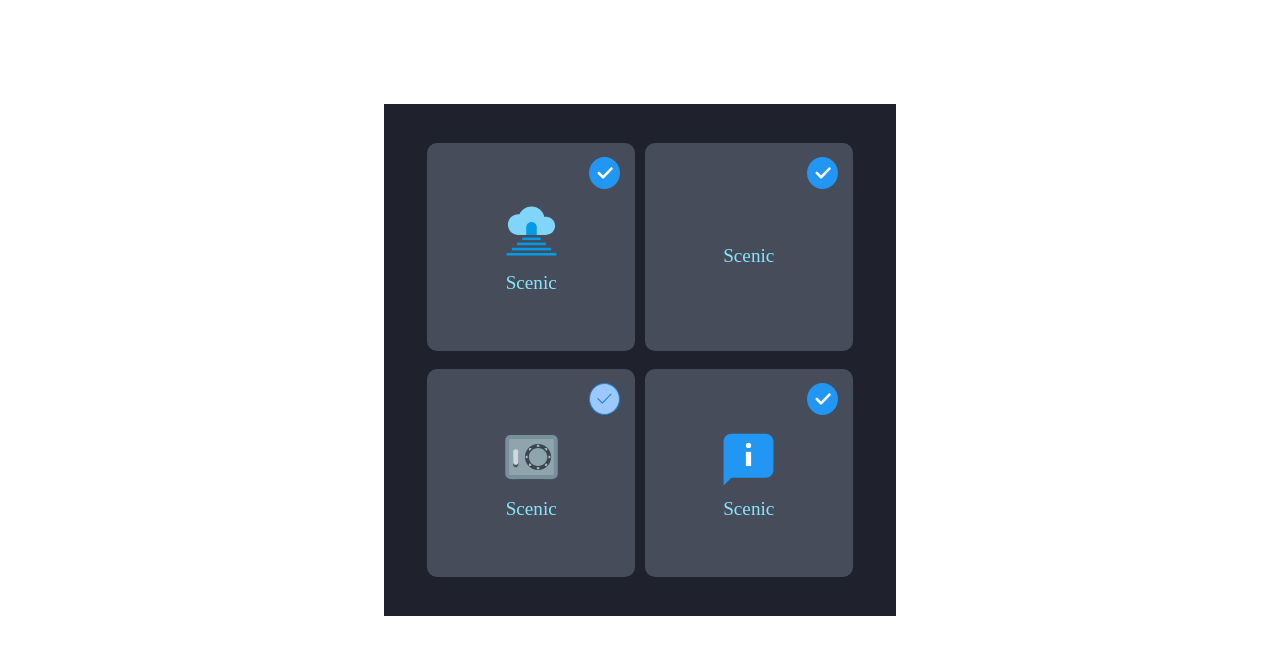
Repository: enesmozer/card-check
Page: index.html
The author's editor kept a copy of each file at every save. The page is drawn from the files as they stood at one save, then again after the next save.
The browser window is 1280 px wide. The pictures show the whole page.
The style sheet was rebuilt from its Sass, Less or Tailwind sources for each picture, by a compiler version that may differ from the author's.

Above is the page before, as saved 2021-03-01 23:59:11.

### index.html
<!DOCTYPE html>
<html lang="en">
<head>
    <meta charset="UTF-8">
    <meta name="viewport" content="width=device-width, initial-scale=1.0">
    <link rel="stylesheet" href="/main.css">
    <title>Card with Check</title>
</head>
<body>
    <div class="container">
        <div class="card">
            <div class="icon"><img src="/img/entering_heaven_alive.svg" alt=""></div>
            <div class="text">Scenic</div>
            <div class="check"><img src="/img/check.svg" alt=""></div>
        </div>
        <div class="card">
            <div class="card-icon"><img src="/img/clapperboard.svg" alt=""></div>
            <div class="text">Scenic</div>
            <div class="check"><img src="/img/check.svg" alt=""></div>
        </div>
        <div class="card">
            <div class="icon"><img src="/img/safe.svg" alt=""></div>
            <div class="text">Scenic</div>
            <div class="check"><img src="/img/check-mark.svg" alt=""></div>
        </div>
        <div class="card">
            <div class="icon"><img src="/img/about.svg" alt=""></div>
            <div class="text">Scenic</div>
            <div class="check"><img src="/img/check.svg" alt=""></div>
        </div>
    </div>
</body>
</html>

### scss/main.scss
* {
  margin: 0;
  padding: 0;
  box-sizing: border-box;
}
body {
  display: flex;
  height: 100vh;
  align-items: center;
  justify-content: center;
}
.container {
  display: flex;
  flex-wrap: wrap;
  align-items: center;
  justify-content: center;
  background-color: #1f222c;
  width: 40%;
  height: calc((100vw * 40) / 100);
  padding: 30px;

  .card {
    margin: 1%;
    width: 46.127%;
    height: 46.127%;
    background-color: #474c5a;
    border-radius: 10px;
    display: flex;
    align-items: center;
    justify-content: center;
    flex-direction: column;
    color: #85e6fa;
    position: relative;
    .icon {
      margin-bottom: 10px;
      width: 30%;
      height: 30%;
    }
    .text {
      font-size: 1.5vw;
    }
    .check {
      position: absolute;
      align-self: flex-end;
      display: flex;
      align-items: flex-end;
      justify-content: flex-end;
      top: 7%;
      width: 15%;
      height: 15%;
      border-radius: 50%;
      margin-right: 15px;
      @media (max-width: 576px) {
        margin-right: 4px;
      }

      img {
        height: 100%;
        width: 100%;
      }
    }
  }
}

After the next save:
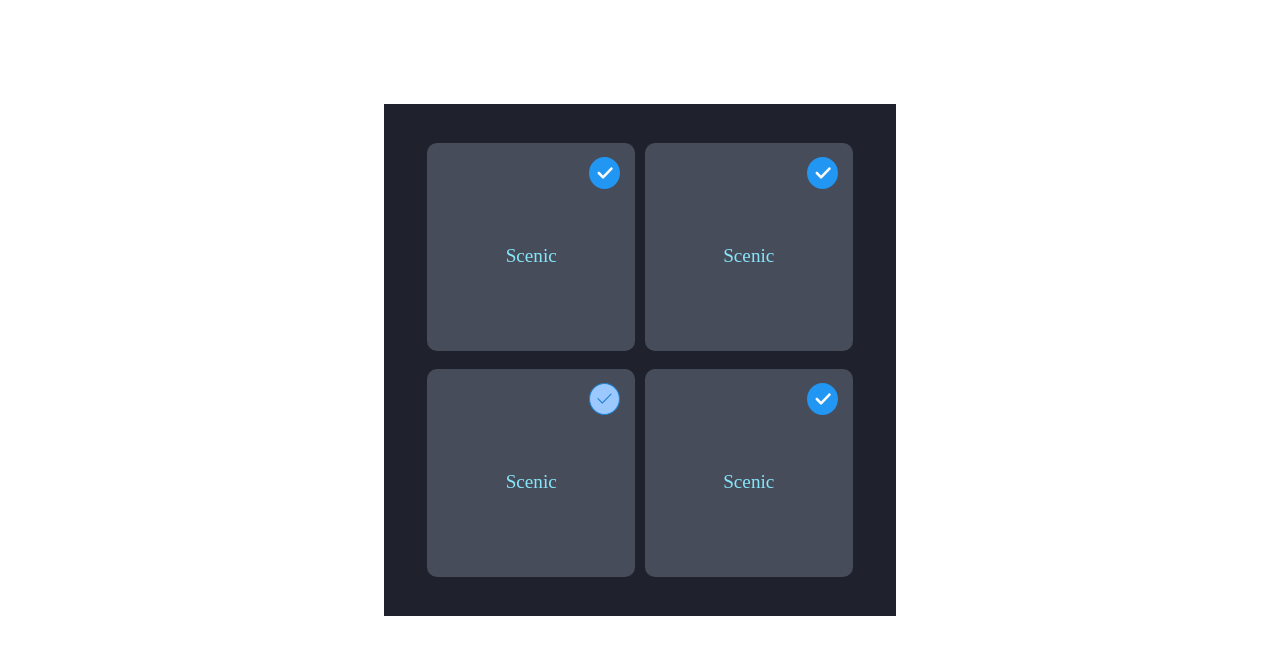
Saved 11 s later.
--- a/index.html
+++ b/index.html
@@ -9,22 +9,22 @@
 <body>
     <div class="container">
         <div class="card">
-            <div class="icon"><img src="/img/entering_heaven_alive.svg" alt=""></div>
+            <div class="card-icon"><img src="/img/entering_heaven_alive.svg" alt=""></div>
             <div class="text">Scenic</div>
             <div class="check"><img src="/img/check.svg" alt=""></div>
         </div>
         <div class="card">
-            <div class="card-icon"><img src="/img/clapperboard.svg" alt=""></div>
+            <div class="card-card-icon"><img src="/img/clapperboard.svg" alt=""></div>
             <div class="text">Scenic</div>
             <div class="check"><img src="/img/check.svg" alt=""></div>
         </div>
         <div class="card">
-            <div class="icon"><img src="/img/safe.svg" alt=""></div>
+            <div class="card-icon"><img src="/img/safe.svg" alt=""></div>
             <div class="text">Scenic</div>
             <div class="check"><img src="/img/check-mark.svg" alt=""></div>
         </div>
         <div class="card">
-            <div class="icon"><img src="/img/about.svg" alt=""></div>
+            <div class="card-icon"><img src="/img/about.svg" alt=""></div>
             <div class="text">Scenic</div>
             <div class="check"><img src="/img/check.svg" alt=""></div>
         </div>
